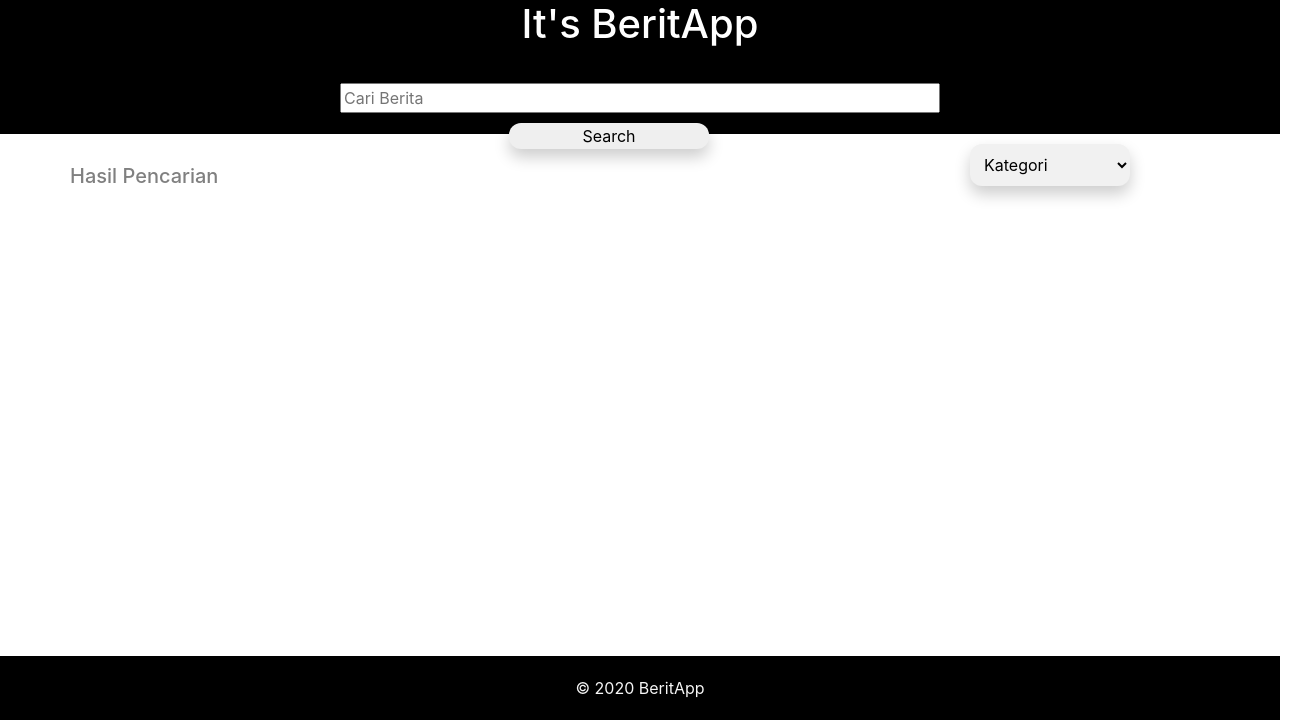
Repository: faalihnst/berita
Page: /
These files come from the project's save history. The page is drawn as it stood at one moment and after the next save; the edit follows.
The browser window is 1280 px wide. The page is 1295 px wide, so the pictures cover 1295 px, including what lies to the right of the window. The pictures show the whole page.
The project was rebuilt for these pictures with package versions that can differ from the ones it lists, and the page was loaded fresh each time.

Above is the page before, as saved 2020-06-05 07:27:38.

After the next save:
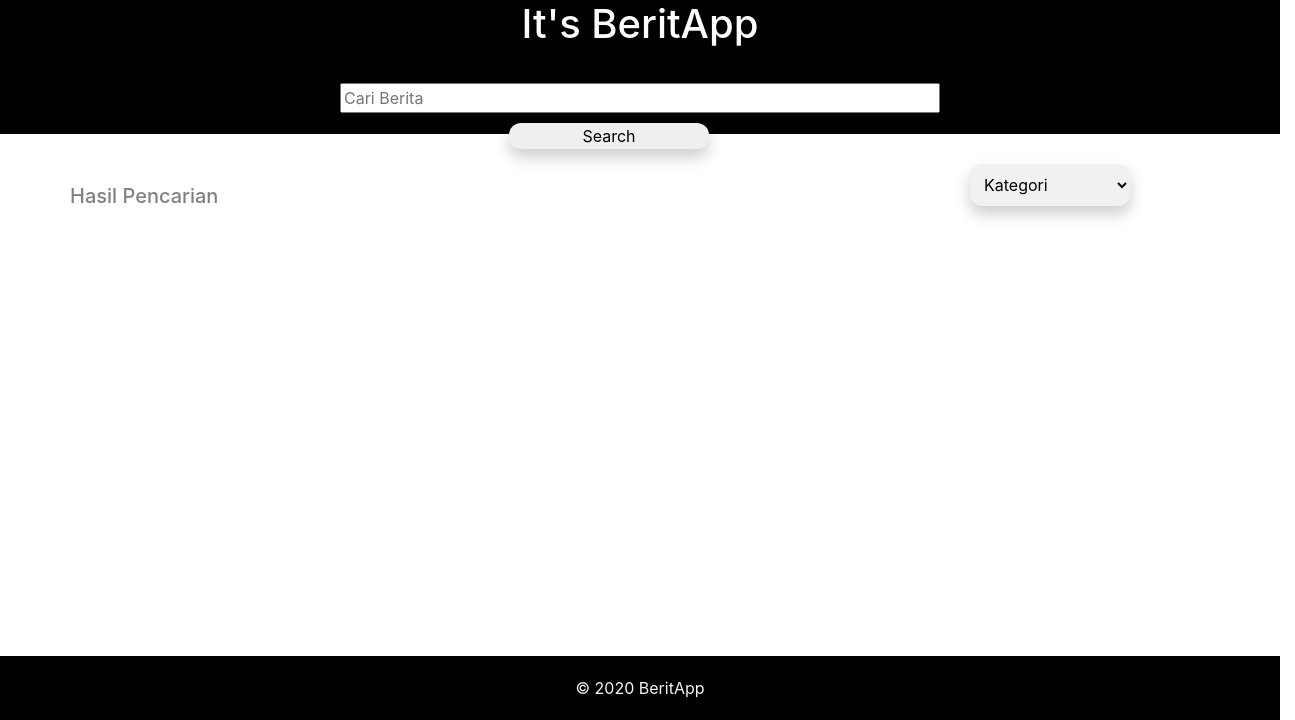
Saved 11 s later.
--- a/src/pages/homepage.js
+++ b/src/pages/homepage.js
@@ -196,7 +196,7 @@ return (
         </div>
       </div>
     </div>
-    <div >
+    <div className="content">
       {content}
     </div>
   </div>
